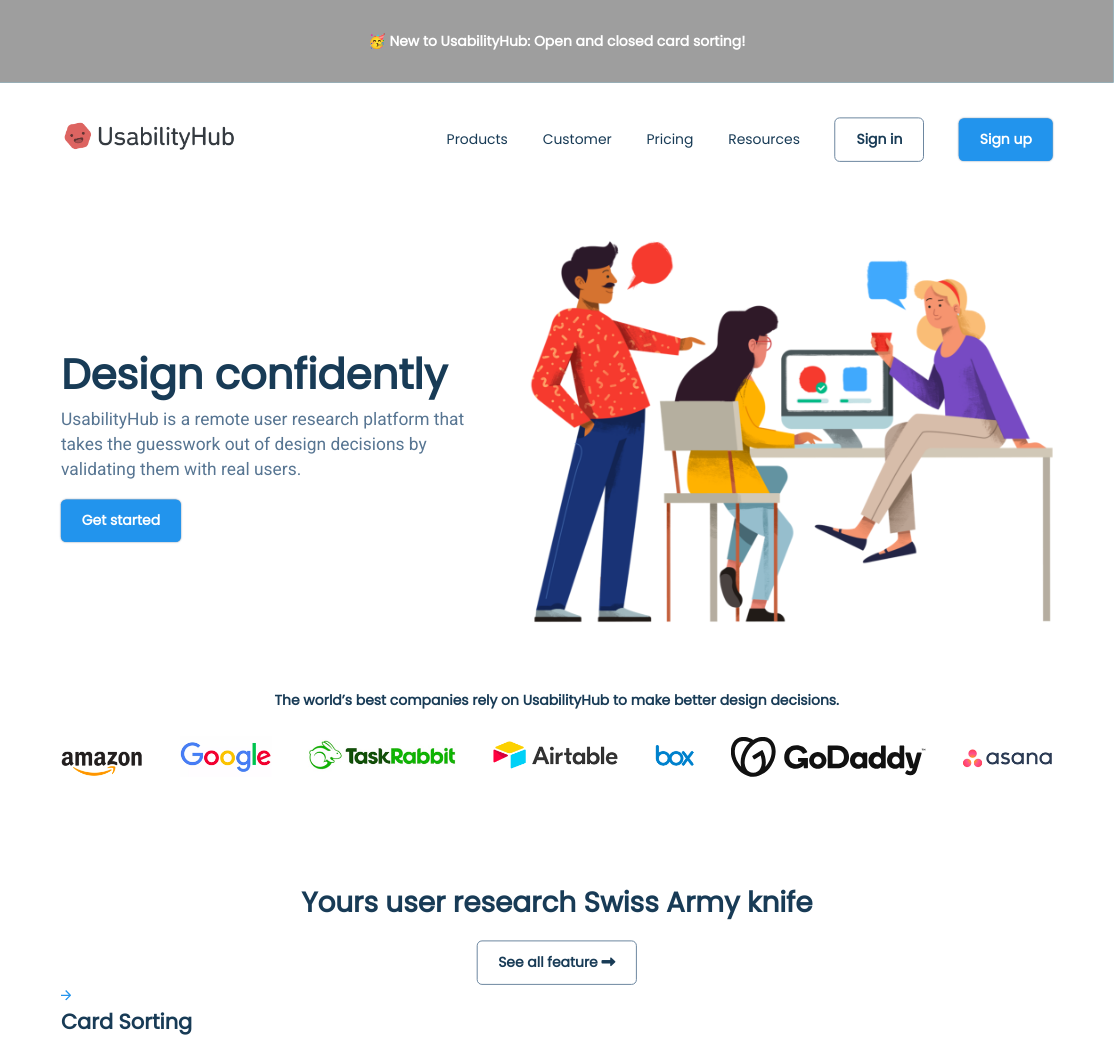
Repository: ramlakhan1/clone1
Page: index.html
The author's editor kept a copy of each file at every save. The page is drawn from the files as they stood at one save, then again after the next save.
The browser window is 1280 px wide. The pictures show the whole page, at 87% of full size.
Pictures or frames that could not be fetched are drawn as grey boxes. Some web libraries are served in a nearby version.

Above is the page before, as saved 2022-11-29 19:57:20.

After the next save:
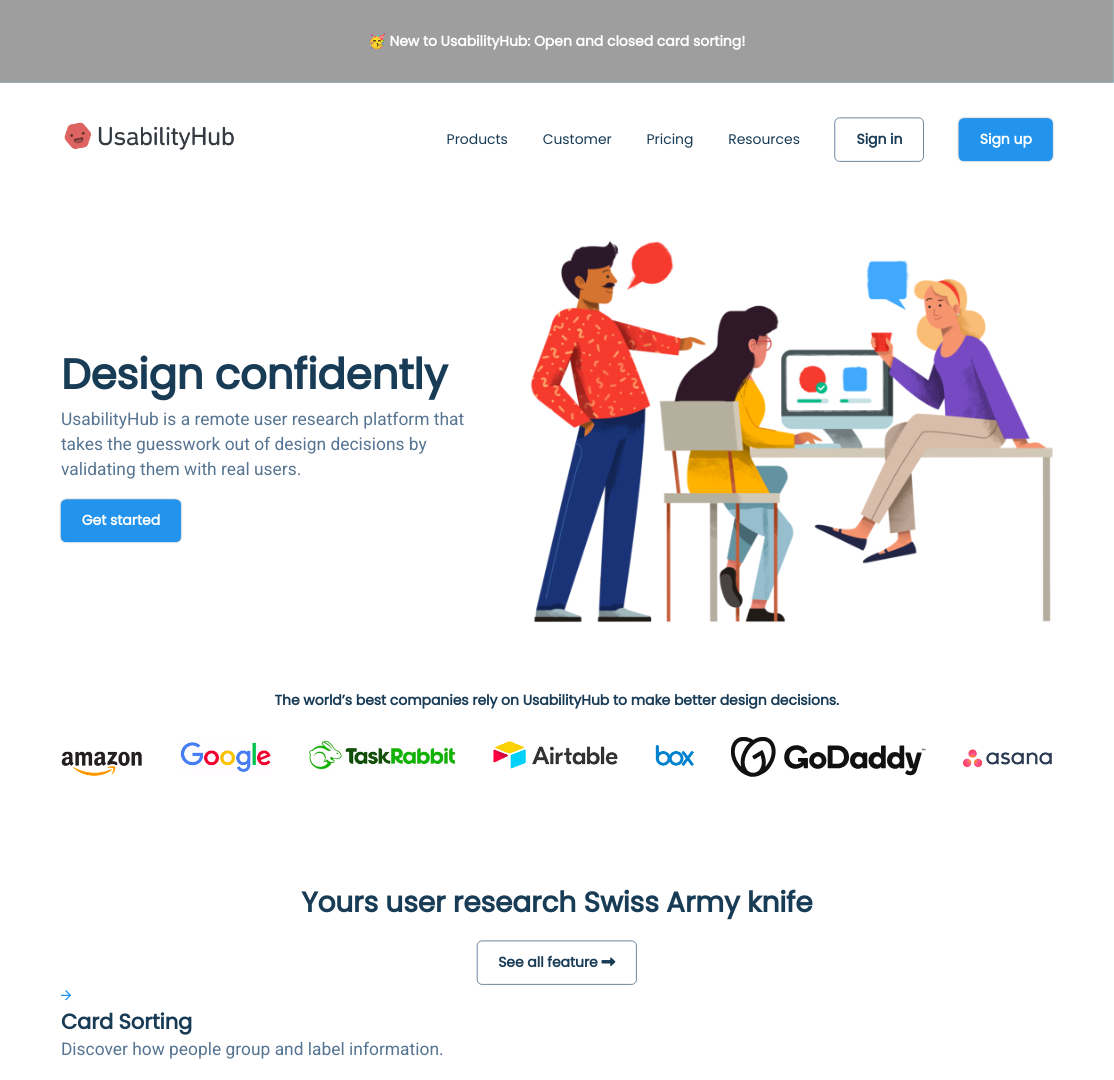
Saved 12 s later.
--- a/index.html
+++ b/index.html
@@ -69,7 +69,7 @@
               <div class="features-card">
                 <img src="./assets/asset 10.svg" alt="">
                 <h3>Card Sorting</h3>
-                <p></p>
+                <p>Discover how people group and label information.</p>
               </div>
             </div>
         </div>
